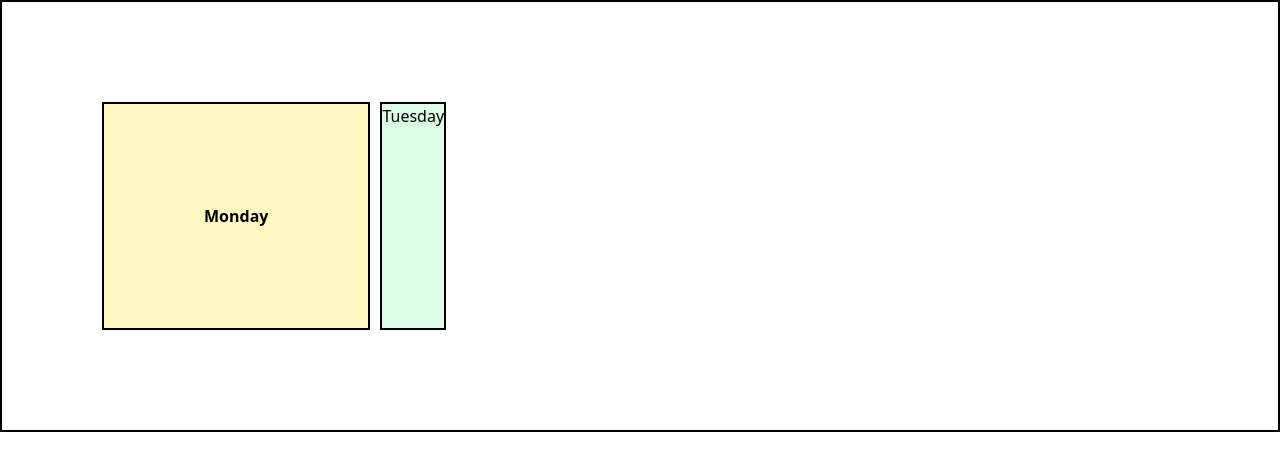
Repository: AfzalHaq61/tailwind-deep
Page: http://localhost/
These files come from the project's save history. The page is drawn as it stood at one moment and after the next save; the edit follows.
The browser window is 1280 px wide. The pictures show the whole page.
The page is served by the project's Laravel application, run on PHP 8.4 with Laravel 9. Style sheets and scripts are compiled from the project's sources, by tool versions that may differ from the author's.

Above is the page before, as saved 2022-12-24 17:21:05.

After the next save:
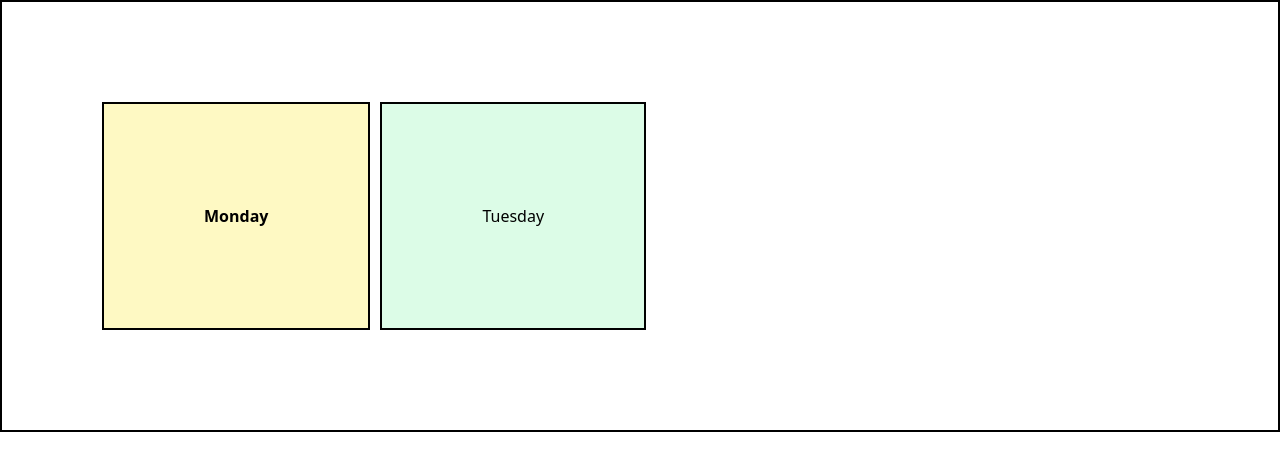
Saved 11 s later.
--- a/resources/views/welcome.blade.php
+++ b/resources/views/welcome.blade.php
@@ -12,7 +12,7 @@
         <div class="bg-yellow-100 p-[100px] border-2 border-black mr-[10px]">
             <h1 class="font-bold">Monday</h1>
         </div>
-        <div class="bg-green-100 p-[1oopx] border-2 border-black">
+        <div class="bg-green-100 p-[100px] border-2 border-black">
             <h1>Tuesday</h1>
         </div>
     </div>
